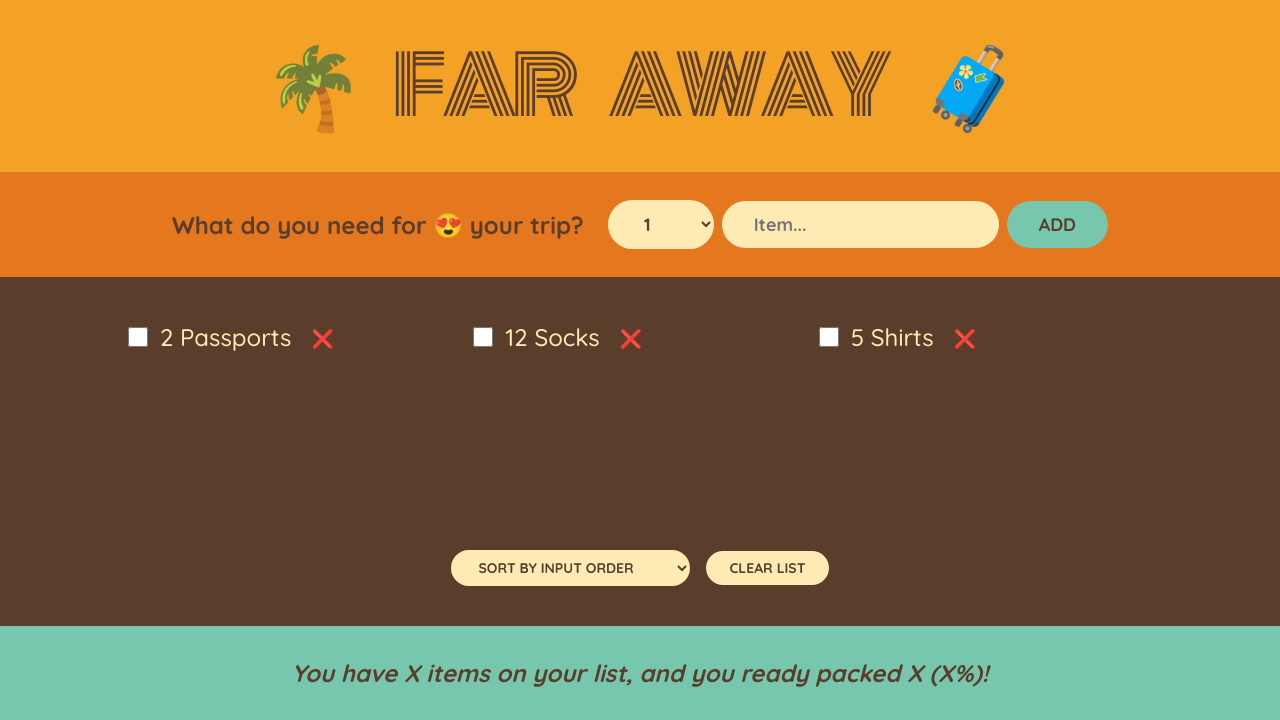
Repository: Wanter56/Travel-List
Page: /
These files come from the project's save history. The page is drawn as it stood at one moment and after the next save; the edit follows.
The browser window is 1280 px wide. The pictures show the whole page.
The project was rebuilt for these pictures with package versions that can differ from the ones it lists, and the page was loaded fresh each time.

Above is the page before, as saved 2025-11-04 10:13:32.

### public/index.html
<!DOCTYPE html>
<html lang="en">

<head>
  <meta charset="utf-8" />
  <link rel="icon" href="%PUBLIC_URL%/favicon.ico" />
  <meta name="viewport" content="width=device-width, initial-scale=1" />
  <meta name="theme-color" content="#000000" />
  <meta name="description" content="Web site created using create-react-app" />
  <link rel="apple-touch-icon" href="%PUBLIC_URL%/logo192.png" />
  <!--
      manifest.json provides metadata used when your web app is installed on a
      user's mobile device or desktop. See https://developers.google.com/web/fundamentals/web-app-manifest/
    -->
  <link rel="manifest" href="%PUBLIC_URL%/manifest.json" />
  <!--
      Notice the use of %PUBLIC_URL% in the tags above.
      It will be replaced with the URL of the `public` folder during the build.
      Only files inside the `public` folder can be referenced from the HTML.

      Unlike "/favicon.ico" or "favicon.ico", "%PUBLIC_URL%/favicon.ico" will
      work correctly both with client-side routing and a non-root public URL.
      Learn how to configure a non-root public URL by running `npm run build`.
    -->
  <title>Travel-List</title>
</head>

<body>
  <noscript>You need to enable JavaScript to run this app.</noscript>
  <div id="root"></div>
  <!--
      This HTML file is a template.
      If you open it directly in the browser, you will see an empty page.

      You can add webfonts, meta tags, or analytics to this file.
      The build step will place the bundled scripts into the <body> tag.

      To begin the development, run `npm start` or `yarn start`.
      To create a production bundle, use `npm run build` or `yarn build`.
    -->
</body>

</html>

### src/App.js
import { useState } from "react";

const initialItems = [
  { id: 1, description: "Passports", quantity: 2, packed: false },
  { id: 2, description: "Socks", quantity: 12, packed: false },
  { id: 3, description: "Shirts", quantity: 5, packed: false },
];
export default function App() {
  const [items, setItems] = useState(initialItems);
  function handleAddItems(item) {
    setItems((items) => [...items, item]);
  }
  function handleDeleteItem(id) {
    setItems((items) => items.filter((item) => item.id !== id));
  }
  function handleToggleItem(id) {
    setItems((items) => items.map((item) => (item.id === id ? { ...item, packed: !item.packed } : item)));
  }
  function handleClearList() {
    setItems([]);
  }
  return (
    <div className="app">
      <Logo />
      <Form onAddItems={handleAddItems} />
      <PackingList
        items={items}
        onDeleteItem={handleDeleteItem}
        onToggleItem={handleToggleItem}
        onClearList={handleClearList}
      />
      <Stats />
    </div>
  );
}
function Logo() {
  return <h1>🌴 Far Away 🧳</h1>;
}
function Form({ onAddItems }) {
  const [description, setDescription] = useState("");
  const [quantity, setQuantity] = useState(1);
  const newItem = { description, quantity, packed: false, id: Date.now() };
  function handleSubmit(e) {
    if (!description) return;
    e.preventDefault();
    onAddItems(newItem);
    setDescription("");
    setQuantity(1);
  }
  return (
    <form className="add-form" onSubmit={handleSubmit}>
      <h3>What do you need for 😍 your trip?</h3>
      <select value={quantity} onChange={(e) => setQuantity(Number(e.target.value))}>
        {Array.from({ length: 20 }, (_, i) => i + 1).map((num) => (
          <option value={num} key={num}>
            {num}
          </option>
        ))}
      </select>
      <input type="text" placeholder="Item..." value={description} onChange={(e) => setDescription(e.target.value)} />
      <button>Add</button>
    </form>
  );
}
function PackingList({ items, onDeleteItem, onToggleItem, onClearList }) {
  const [sortBy, setSortBy] = useState("input");
  let sortedItems;
  if (sortBy === "input") {
    sortedItems = items;
  } else if (sortBy === "description") {
    sortedItems = items.sort((a, b) => a.description.localeCompare(b.description));
  } else if (sortBy === "packed") {
    sortedItems = items.sort((a, b) => a.packed - b.packed);
  }
  return (
    <div className="list">
      <ul>
        {sortedItems.map((item) => (
          <Item key={item.id} item={item} onDeleteItem={onDeleteItem} onToggleItem={onToggleItem} />
        ))}
      </ul>
      <div className="actions">
        <select value={sortBy} onChange={(e) => setSortBy(e.target.value)}>
          <option value="input">Sort by input order</option>
          <option value="description">Sort by description</option>
          <option value="packed">Sort by packed status</option>
        </select>
        <button onClick={onClearList}>Clear list</button>
      </div>
    </div>
  );
}
function Item({ item, onDeleteItem, onToggleItem }) {
  return (
    <li>
      <input type="checkbox" checked={item.packed} onChange={() => onToggleItem(item.id)} />
      <span style={{ textDecoration: item.packed ? "line-through" : "none" }}>
        {item.quantity} {item.description}
      </span>
      <button onClick={() => onDeleteItem(item.id)}>❌</button>
    </li>
  );
}
function Stats() {
  return (
    <footer className="stats">
      <em>You have X items on your list, and you ready packed X (X%)!</em>
    </footer>
  );
}

Loaded but not shown: src/index.js (common file); src/index.css (common file)

After the next save:
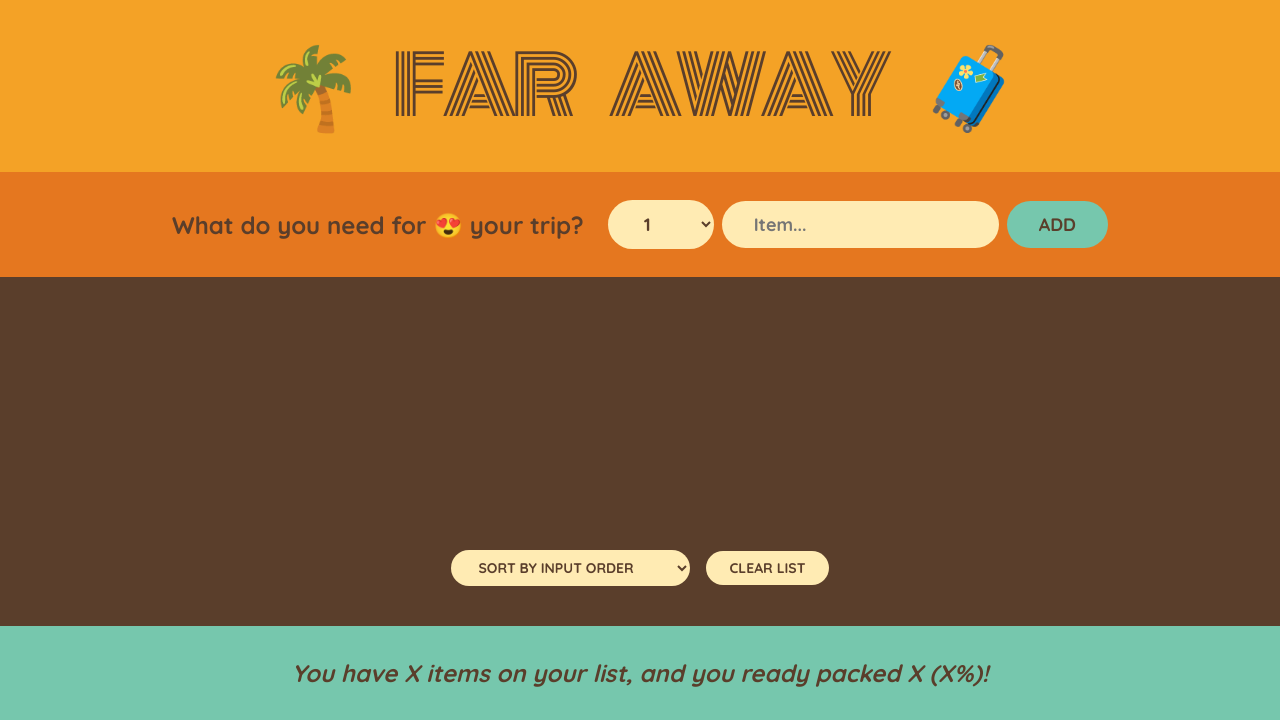
Saved 43 s later.
--- a/src/App.js
+++ b/src/App.js
@@ -1,12 +1,7 @@
 import { useState } from "react";
 
-const initialItems = [
-  { id: 1, description: "Passports", quantity: 2, packed: false },
-  { id: 2, description: "Socks", quantity: 12, packed: false },
-  { id: 3, description: "Shirts", quantity: 5, packed: false },
-];
 export default function App() {
-  const [items, setItems] = useState(initialItems);
+  const [items, setItems] = useState([]);
   function handleAddItems(item) {
     setItems((items) => [...items, item]);
   }
